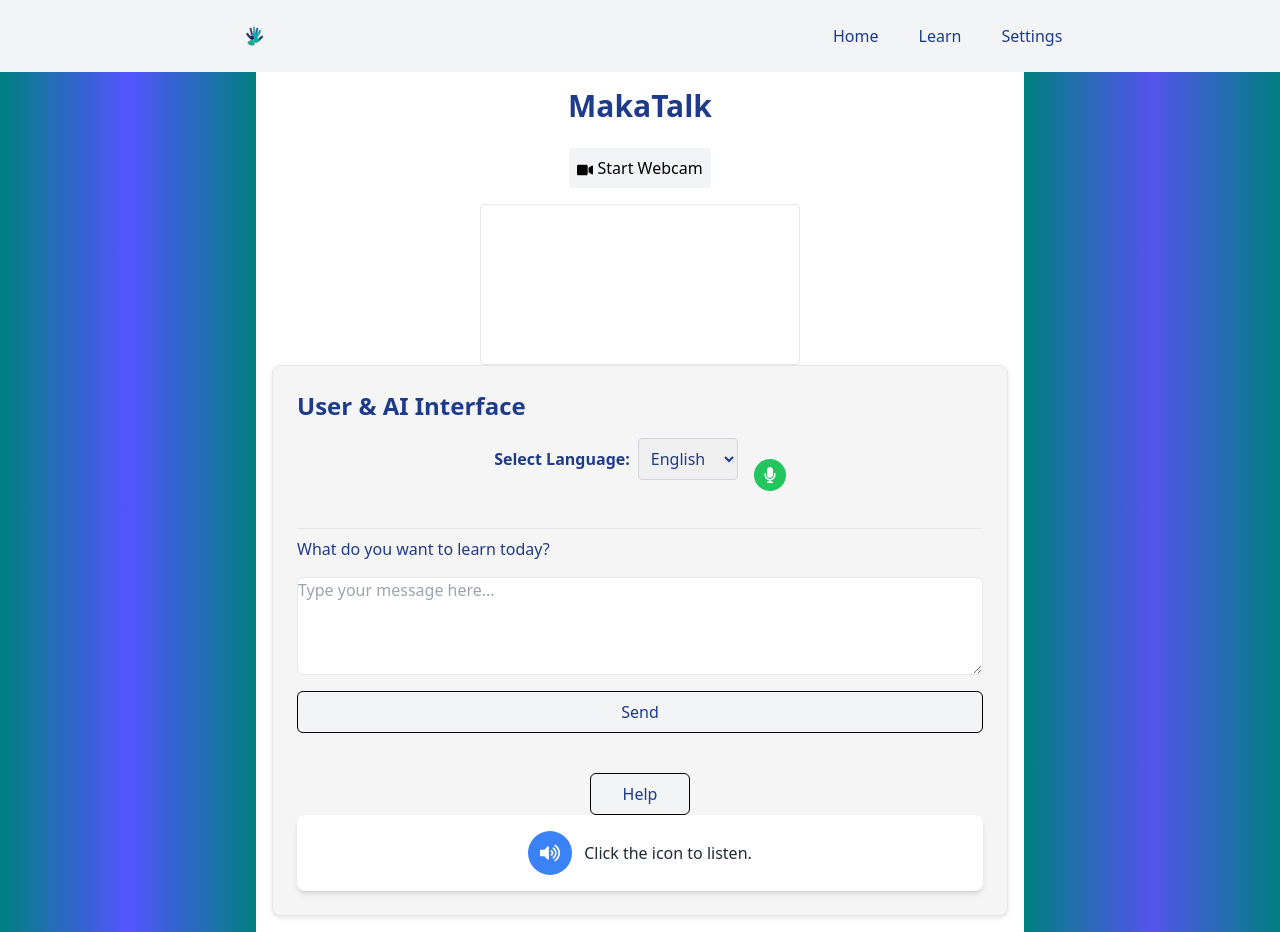
Repository: maria2469/MakaTalk
Page: /learn
These files come from the project's save history. The page is drawn as it stood at one moment and after a run of saves; the edit follows.
The browser window is 1280 px wide. The pictures show the whole page.
The page's requests for data from a server got no answer. The project was rebuilt for these pictures with package versions that can differ from the ones it lists, and the page was loaded fresh each time. No one was signed in, and anything a server would have sent is missing. Also part of the build but not shown: vite.config.js, src/components/LandingPage/Landing.jsx.

Above is the page before, as saved 2024-10-10 14:40:17.

After the next 18 saves:
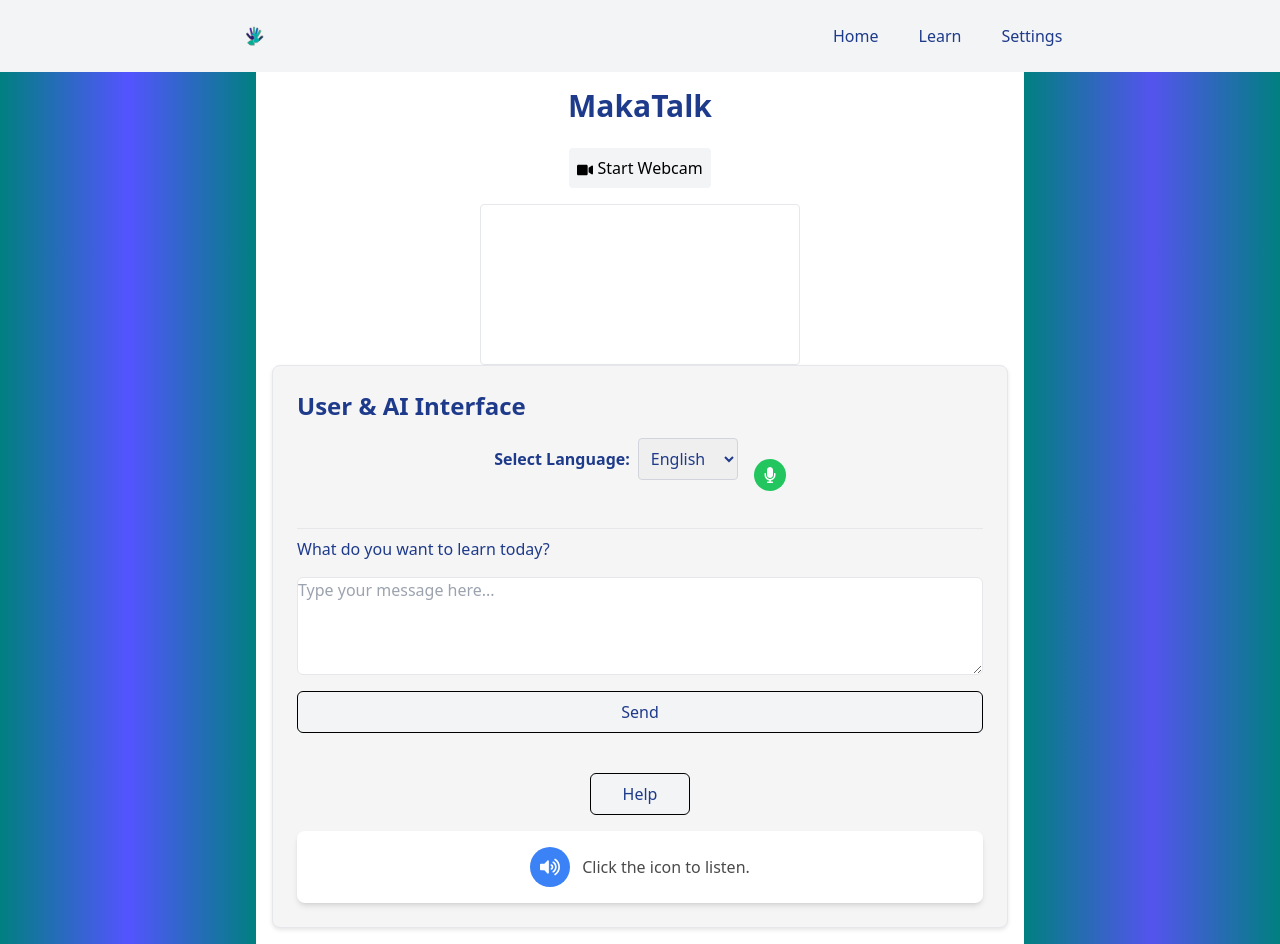
The 18 saves are shown as one change because 2 did not build or start and some came seconds apart.
The last was saved 49 s later.
--- a/src/components/TextToSpeech/TextToSpeech.jsx
+++ b/src/components/TextToSpeech/TextToSpeech.jsx
@@ -1,5 +1,6 @@
 import React, { useEffect, useState } from 'react';
 import { FaVolumeUp } from 'react-icons/fa';
+import "./TextToSpeech.css"
 
 const TextToSpeech = ({ text, selectedLanguage }) => {
     const [isSpeaking, setIsSpeaking] = useState(false);
